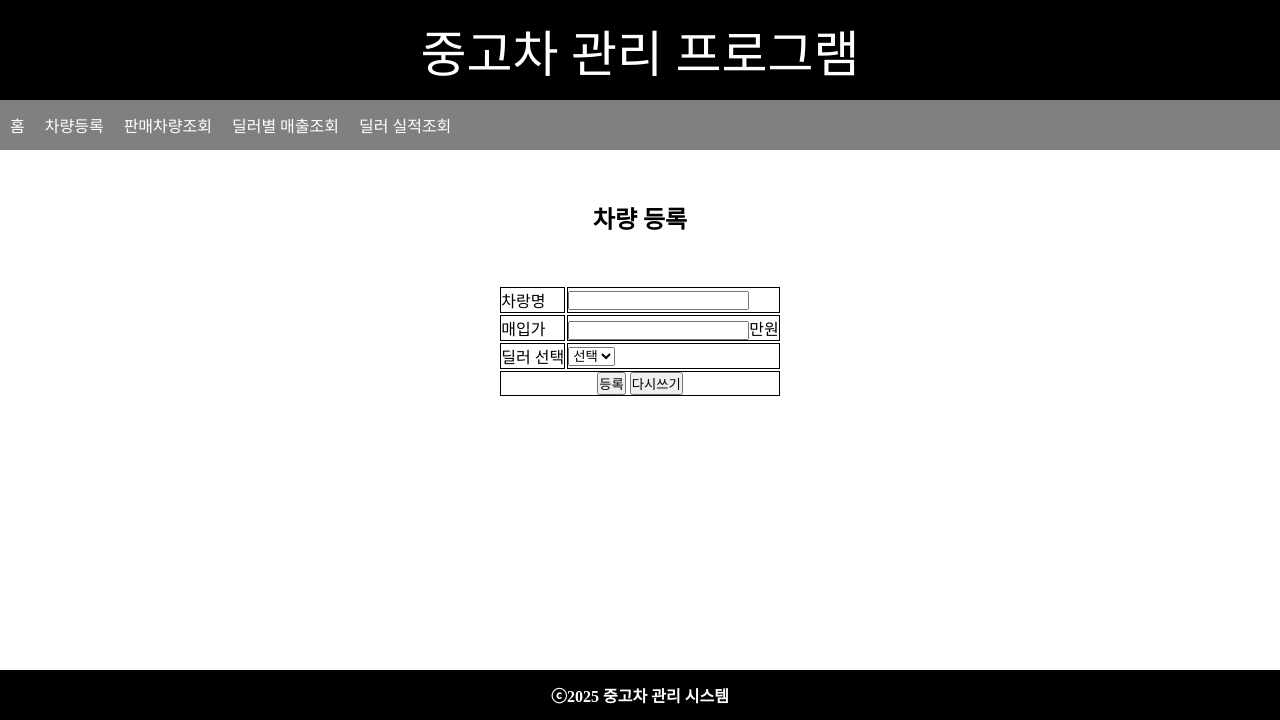
Repository: Ranranruo/info-processing
Page: http://localhost/20050417/carInsert.jsp
The author's editor kept a copy of each file at every save. The page is drawn from the files as they stood at one save, then again after the next save.
The browser window is 1280 px wide. The pictures show the whole page.
Empty fields were first filled with sample values (such as "Sample", 5 or name@example.com).
After loading, the first visible `#re` was clicked once.
The page is served by Tomcat 9. Queries for data that is not in the repository find no rows.

Above is the page before, as saved 2025-04-17 07:58:58.

After the next save:
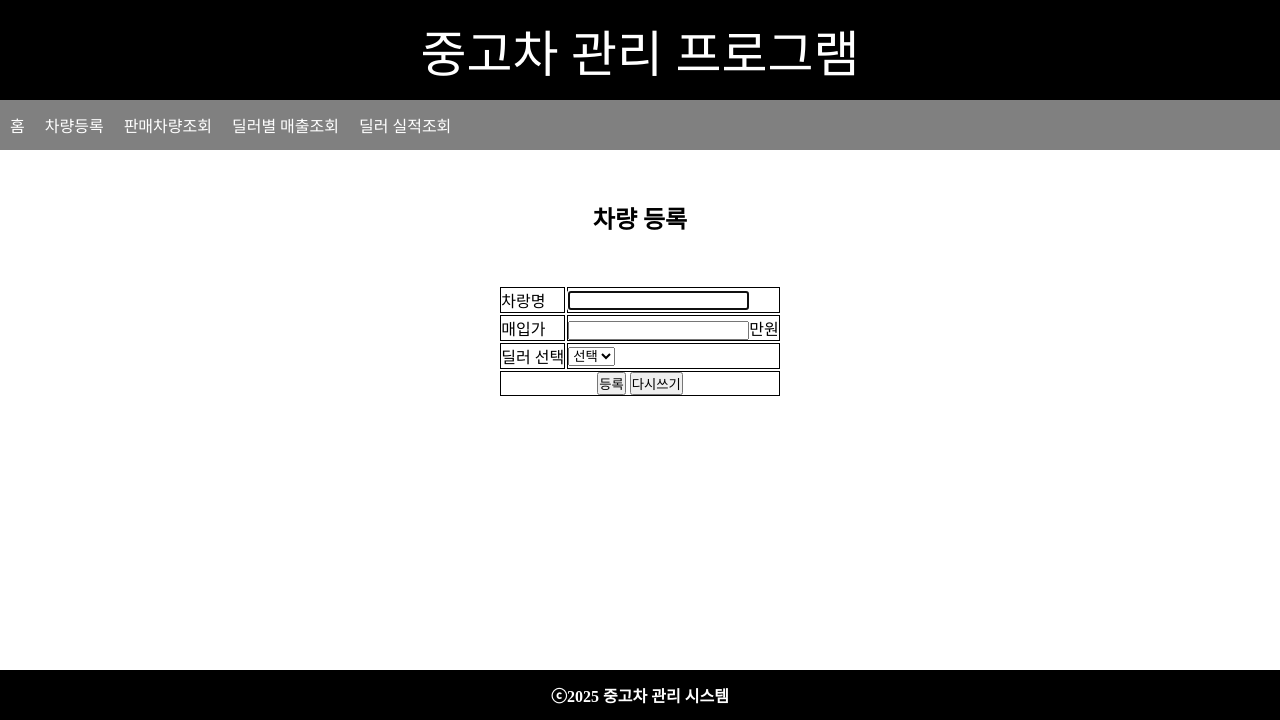
Saved 4 s later.
--- a/20050417/src/main/webapp/carInsert.jsp
+++ b/20050417/src/main/webapp/carInsert.jsp
@@ -66,7 +66,7 @@ td{ border: 1px solid black;}
 <script>
 	const $ = (s) => document.querySelector(s);
 	$("#re").addEventListener("click", (e) => {
-		$("#re")
+		$("#name").focus();
 	})
 	$("form").addEventListener("submit", (e) => {
 		if($("#name").value == "") {
